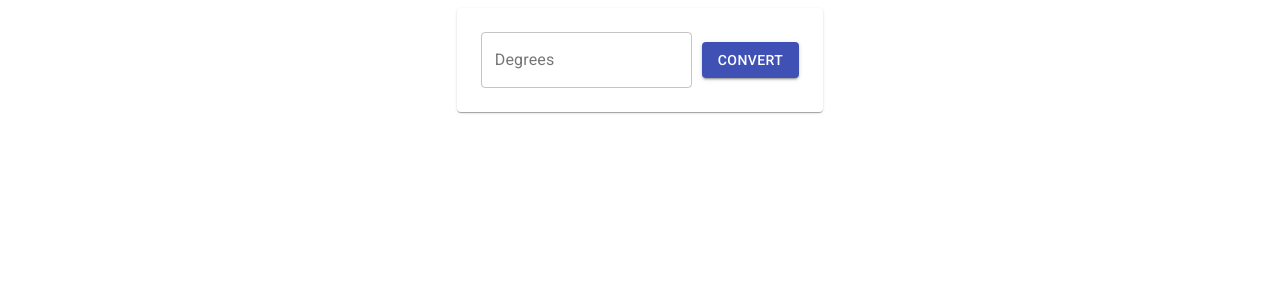
Repository: zum281/temperature-converter
Page: /
These files come from the project's save history. The page is drawn as it stood at one moment and after the next save; the edit follows.
The browser window is 1280 px wide. The pictures show the whole page.
The project was rebuilt for these pictures with package versions that can differ from the ones it lists, and the page was loaded fresh each time. Also part of the build but not shown: src/index.css.

Above is the page before, as saved 2021-07-09 13:16:06.

After the next save:
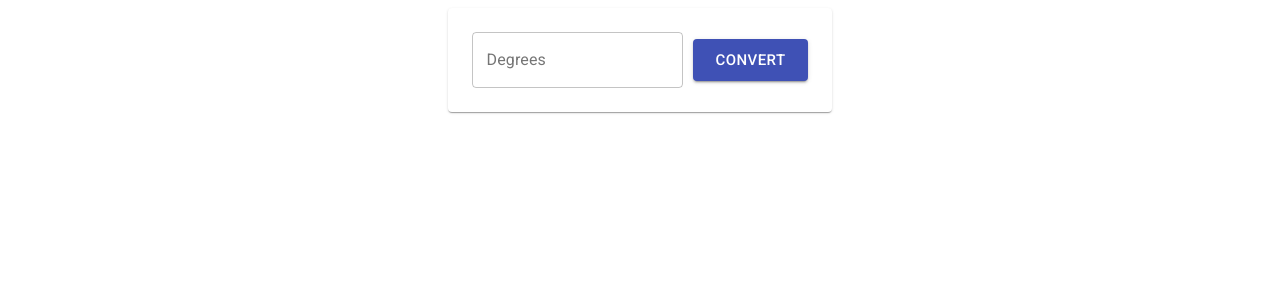
Saved 13 s later.
--- a/src/App.js
+++ b/src/App.js
@@ -38,7 +38,7 @@ function App() {
                         <OutlinedInput type="number" id="degrees" />
                     </FormControl>
 
-                    <Button variant="contained" color="primary">
+                    <Button variant="contained" color="primary" size="large">
                         convert
                     </Button>
                 </form>
